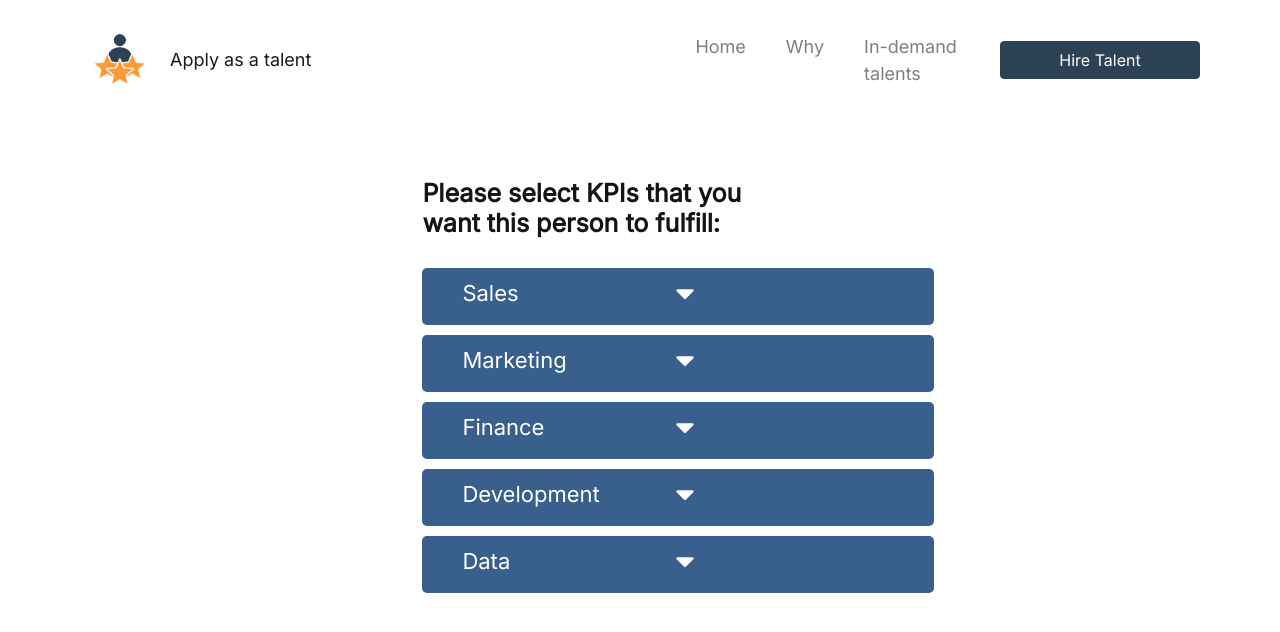
Repository: Ashwe9/talent-hire-reactJs
Page: /kpis
An editor plug-in stored every save of this project. The page is shown before and after a run of saves, followed by the edit.
The browser window is 1280 px wide. The pictures show the whole page.
The project was rebuilt for these pictures with package versions that can differ from the ones it lists, and the page was loaded fresh each time. A package was used in the major version that the imports need, not the one package.json lists. Also part of the build but not shown: src/homePage/components/TrustedBy/TrustedBy.css, src/homePage/components/TrustedBy/TrustedBy.js, src/homePage/components/Roles/Roles.css, src/homePage/components/Roles/Roles.js, src/homePage/components/homePageFooter/HomePageFooter.css, src/homePage/components/homePageFooter/HomePageFooter.js, src/homePage/HomePage.js, src/kpisPage/Talents.css and 2 more.

Above is the page before, as saved 2022-08-18 17:44:11.

After the next 2 saves:
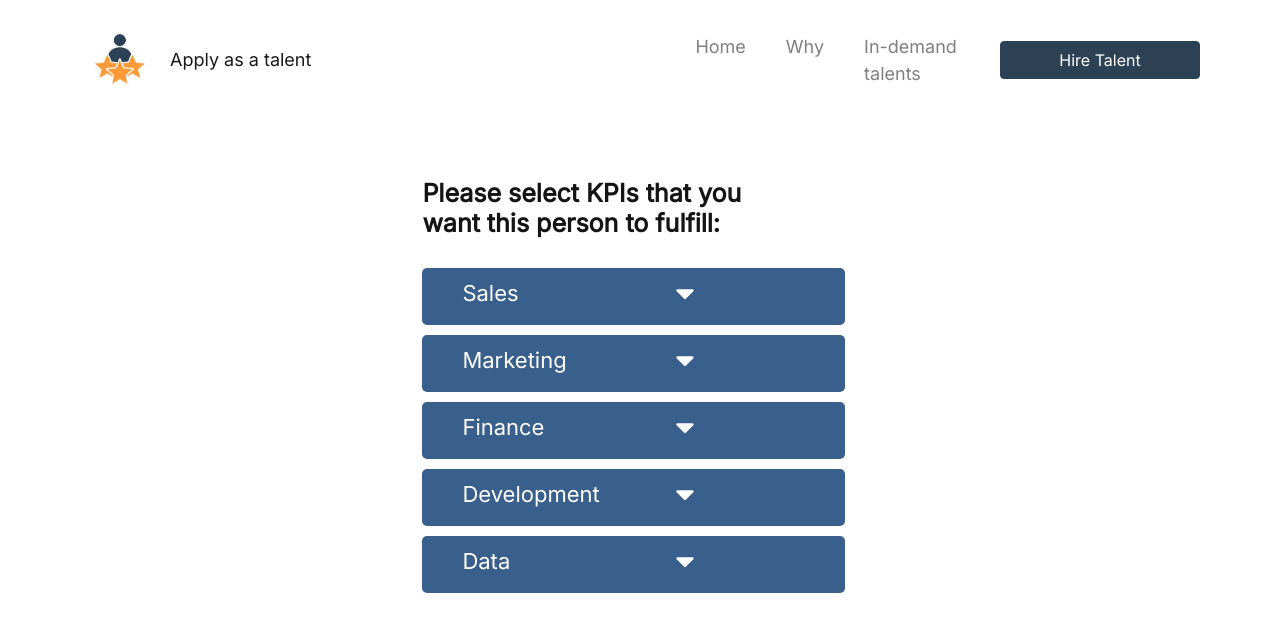
The 2 saves are shown as one change because they came seconds apart.
The last was saved 8 s later.
--- a/src/kpisPage/DropDown.css
+++ b/src/kpisPage/DropDown.css
@@ -2,7 +2,7 @@
     margin: 0px 33%;
     padding-top: 10px;
     padding-bottom: 1px;
-    width: 40%;
+    width: 33%;
     background-color: #395f8c;
     border-radius: 5px;
     display: flex;
